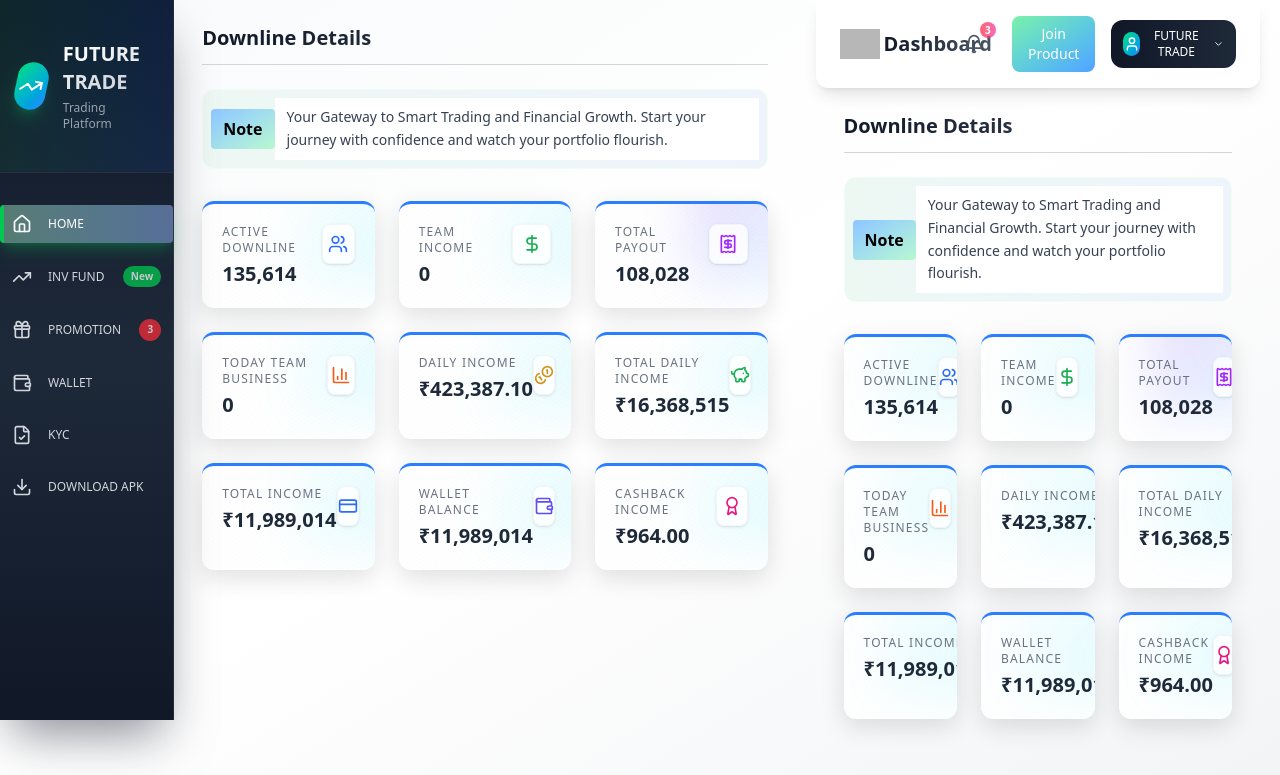
Repository: GauraVPandeyyy/Trade
Page: /
These files come from the project's save history. The page is drawn as it stood at one moment and after the next save; the edit follows.
The browser window is 1280 px wide. The pictures show the whole page.
Pictures or frames that could not be fetched are drawn as grey boxes. The project was rebuilt for these pictures with package versions that can differ from the ones it lists, and the page was loaded fresh each time. Some packages were replaced by stand-ins written for this rebuild. Also part of the build but not shown: vite.config.js, src/pages/InvFund.jsx, src/pages/Promotion.jsx, src/pages/Wallet.jsx, src/pages/Kyc.jsx, src/pages/DownloadApk.jsx.

Above is the page before, as saved 2025-08-02 15:57:13.

### src/main.jsx
import { StrictMode } from 'react'
import { createRoot } from 'react-dom/client'
import './index.css'
import App from './App.jsx'
import { BrowserRouter, RouterProvider } from 'react-router-dom'
import router from './routes.jsx/router.jsx'

createRoot(document.getElementById('root')).render(
  <StrictMode>
    <RouterProvider router={router} />
  </StrictMode>,
)

### src/App.jsx
import React from 'react'
import Sidebar from './components/Sidebar'
import { Outlet } from 'react-router-dom'
import Dashboard from './pages/Dashboard'
function App() {
  return (
    // <div className='text-center bg-gray-950 relative text-white min-h-screen w-screen'>
    //   <div className='absolute top-0 left-0 bottom-0 w-[300px] h-screen'>
    //     <Sidebar />
    //   </div>
    //   <Outlet />
    //   <h1>hello from h1</h1>
    // </div>
    <Dashboard />
  )
}

export default App

### src/routes.jsx/router.jsx
import App from "../App";
import Homee from "../pages/Homee";
import InvFund from "../pages/InvFund";
import Promotion from "../pages/Promotion";
import Wallet from "../pages/Wallet";
import Kyc from "../pages/Kyc";
import DownloadApk from "../pages/DownloadApk";
import { createBrowserRouter } from "react-router-dom";

const router = createBrowserRouter([
  {
    path: "/",
    element: <App />,
    children: [
      {
        index: true,
        element: <Homee />
      },
      {
        path: "inv-fund",
        element: <InvFund />
      },
      {
        path: "promotion",
        element: <Promotion />
      },
      {
        path: "wallet",
        element: <Wallet />
      },
      {
        path: "kyc",
        element: <Kyc />
      },
      {
        path: "download",
        element: <DownloadApk />
      },
    ],
  },
]);

export default router;

### src/components/Sidebar.jsx
import { useState } from 'react';
import {
  Home,
  TrendingUp,
  Gift,
  Wallet,
  FileCheck,
  Download,
  X,
  User
} from 'lucide-react';
import { NavLink, useLocation } from 'react-router-dom';

const Sidebar = ({ isOpen, onClose, isMobile }) => {
  const location = useLocation();
  const [hoveredItem, setHoveredItem] = useState(null);

  const menuItems = [
    { name: 'HOME', icon: Home, path: '/', badge: null },
    { name: 'INV FUND', icon: TrendingUp, path: '/inv-fund', badge: 'New' },
    { name: 'PROMOTION', icon: Gift, path: '/promotion', badge: '3' },
    { name: 'WALLET', icon: Wallet, path: '/wallet', badge: null },
    { name: 'KYC', icon: FileCheck, path: '/kyc', badge: null },
    { name: 'DOWNLOAD APK', icon: Download, path: '/download', badge: null },
  ];

  return (
    <>
      {/* Mobile Overlay with blur effect */}
      {isOpen && isMobile && (
        <div
          className="fixed inset-0 bg-black/20 backdrop-blur-sm z-40 transition-all duration-300"
          onClick={onClose}
        />
      )}

      {/* Sidebar */}
      <div className={`
        ${isMobile ? 'fixed' : 'sticky'} left-0 top-0 h-screen w-60 bg-gradient-to-b from-gray-900 via-gray-800 to-gray-900
        text-white z-50 transform transition-all duration-500 ease-out
        ${isOpen && isMobile ? 'translate-x-0' : isMobile ? '-translate-x-full' : 'translate-x-0'}
        ${!isMobile ? 'shadow-2xl shadow-gray-900/50' : ''}
        backdrop-blur-xl border-r border-gray-700/50
      `}>
        {/* Logo Section */}
        <div className="py-10 px-4 border-b border-gray-700/50 relative overflow-hidden">
          <div className="absolute inset-0 bg-gradient-to-r from-green-600/10 to-blue-600/10"></div>
          <div className="relative flex items-center space-x-4">
            <div className="w-12 h-12 bg-gradient-to-br from-green-400 to-blue-500 rounded-2xl flex items-center justify-center shadow-lg shadow-green-500/25 rotate-12 hover:rotate-0 transition-transform duration-500">
              <TrendingUp className="text-white" size={24} />
            </div>
            <div>
              <span className="text-xl font-bold bg-gradient-to-r from-white to-gray-300 bg-clip-text text-transparent">
                FUTURE TRADE
              </span>
              <p className="text-xs text-gray-400 mt-1">Trading Platform</p>
            </div>
          </div>
        </div>

        {/* Mobile Close Button */}
        {isMobile && (
          <button
            onClick={onClose}
            className="absolute top-6 right-6 p-4 text-gray-400 hover:text-white hover:bg-gray-800 rounded-xl transition-all duration-300 z-10"
          >
            <X size={20} />
          </button>
        )}

        {/* Menu Items */}
        <nav className="mt-8 px-0 space-y-3.5">
          {menuItems.map((item, index) => (
            <div
              key={item.name}
              className="relative"
              onMouseEnter={() => setHoveredItem(item.name)}
              onMouseLeave={() => setHoveredItem(null)}
            >
              <NavLink
                to={item.path}
                onClick={onClose}
                className={({ isActive }) => `
                  w-full text-xs flex items-center justify-between px-3 py-[9px] rounded text-left transition-all duration-300
                  transform hover:translate-x-0 hover:scale-100 group relative overflow-hidden
                  ${isActive
                    ? 'bg-gradient-to-r from-[#6B7280] to-[#6B7280] text-white shadow-lg shadow-green-500/25'
                    : 'text-gray-300 hover:bg-gray-800/50 hover:text-white'
                  }
                `}
                style={{ transitionDelay: `${index * 50}ms` }}
              >
                {/* Background animation */}
                {({ isActive }) => (
                  <>
                    <div className={`
                      absolute inset-0 bg-gradient-to-r from-green-600/20 to-blue-600/20 border-l-4 border-l-green-500 rounded
                      transform scale-x-0 group-hover:scale-x-100 transition-transform duration-500 origin-left
                      ${isActive ? 'scale-x-100' : ''}
                    `}></div>

                    <div className="relative flex items-center space-x-4 z-10">
                      <item.icon
                        size={20}
                        className={`transition-all duration-300 ${hoveredItem === item.name ? 'scale-110 rotate-x-12' : ''}`}
                      />
                      <span className="font-medium">{item.name}</span>
                    </div>

                    {item.badge && (
                      <span className={`
                        relative z-10 px-2 py-1 text-[10px] font-bold rounded-full
                        ${item.badge === 'New'
                          ? 'bg-green-500 text-white'
                          : 'bg-red-500 text-white'
                        }
                        animate-pulse
                      `}>
                        {item.badge}
                      </span>
                    )}
                  </>
                )}
              </NavLink>
            </div>
          ))}
        </nav>
      </div>
    </>
  );
};

export default Sidebar;

### src/pages/Dashboard.jsx
import React, { useState, useEffect } from 'react';
import {
  Home,
  TrendingUp,
  Gift,
  Wallet,
  FileCheck,
  Download,
  Menu,
  X,
  Bell,
  ChevronDown,
  Users,
  DollarSign,
  CreditCard,
  BarChart3,
  PiggyBank,
  Coins,
  Receipt,
  Award,
  Search,
  Settings,
  LogOut,
  User
} from 'lucide-react';
import Sidebar from '../components/Sidebar';
import Header from '../components/Header';
import Homee from './Homee';
import { Outlet } from 'react-router-dom';
// Enhanced hook for sidebar with responsive behavior
const useSidebarToggle = () => {
  const [isOpen, setIsOpen] = useState(false);
  const [isMobile, setIsMobile] = useState(false);

  useEffect(() => {
    const checkScreenSize = () => {
      setIsMobile(window.innerWidth < 768);
      if (window.innerWidth >= 768) {
        setIsOpen(false); // Reset mobile state when going to desktop
      }
    };

    checkScreenSize();
    window.addEventListener('resize', checkScreenSize);
    return () => window.removeEventListener('resize', checkScreenSize);
  }, []);

  const toggle = () => setIsOpen(!isOpen);
  const close = () => setIsOpen(false);

  return { isOpen, toggle, close, isMobile };
};



// Main Dashboard Component
const Dashboard = () => {
  const { isOpen, toggle, close, isMobile } = useSidebarToggle();

  const dashboardData = [
    { icon: Users, label: "Active Downline", value: "135,614", color: "text-blue-600", trend: 12.5 },
    { icon: DollarSign, label: "Team Income", value: "0", color: "text-green-600", trend: 0 },
    { icon: Receipt, label: "Total Payout", value: "108,028", color: "text-purple-600", trend: -2.1 },
    { icon: BarChart3, label: "Today Team Business", value: "0", color: "text-orange-600", trend: 0 },
    { icon: Coins, label: "Daily Income", value: "₹423,387.10", color: "text-yellow-600", trend: 8.3 },
    { icon: PiggyBank, label: "Total Daily Income", value: "₹16,368,515", color: "text-green-600", trend: 15.7 },
    { icon: CreditCard, label: "Total Income", value: "₹11,989,014", color: "text-blue-600", trend: 22.4 },
    { icon: Wallet, label: "Wallet Balance", value: "₹11,989,014", color: "text-indigo-600", trend: 5.2 },
    { icon: Award, label: "Cashback Income", value: "₹964.00", color: "text-pink-600", trend: 3.1 },
  ];

  return (
    <div className="flex min-h-screen bg-gradient-to-br from-gray-50 via-white to-gray-100">
      {/* Sidebar */}
      <Sidebar isOpen={isOpen} onClose={close} isMobile={isMobile} />

      <main>
        <Outlet /> {/* This renders the matched route */}
      </main>

      {/* Main Content */}
      <div className={`flex-1 flex flex-col transition-all duration-300 px-5 ${!isMobile ? 'ml-0' : ''}`}>
        {/* Header */}
        <Header onMenuClick={toggle} isMobile={isMobile} />

        {/* Main Content Area */}
        <Homee />
      </div>


    </div>
  );
};

export default Dashboard;

### src/pages/Homee.jsx
import { useState , useEffect } from 'react'
import DashboardCard from '../components/DashboardCard'
import {


  Wallet,


  Users,
  DollarSign,
  CreditCard,
  BarChart3,
  PiggyBank,
  Coins,
  Receipt,
  Award,

} from 'lucide-react';


function Homee() {

  const dashboardData = [
    { icon: Users, label: "Active Downline", value: "135,614", color: "text-blue-600", trend: 12.5 },
    { icon: DollarSign, label: "Team Income", value: "0", color: "text-green-600", trend: 0 },
    { icon: Receipt, label: "Total Payout", value: "108,028", color: "text-purple-600", trend: -2.1 },
    { icon: BarChart3, label: "Today Team Business", value: "0", color: "text-orange-600", trend: 0 },
    { icon: Coins, label: "Daily Income", value: "₹423,387.10", color: "text-yellow-600", trend: 8.3 },
    { icon: PiggyBank, label: "Total Daily Income", value: "₹16,368,515", color: "text-green-600", trend: 15.7 },
    { icon: CreditCard, label: "Total Income", value: "₹11,989,014", color: "text-blue-600", trend: 22.4 },
    { icon: Wallet, label: "Wallet Balance", value: "₹11,989,014", color: "text-indigo-600", trend: 5.2 },
    { icon: Award, label: "Cashback Income", value: "₹964.00", color: "text-pink-600", trend: 3.1 },
  ];

const [statsVisible, setStatsVisible] = useState(false);

  useEffect(() => {
    const timer = setTimeout(() => setStatsVisible(true), 300);
    return () => clearTimeout(timer);
  }, []);

  return (
    <main className="flex-1 py-6 px-7 space-y-8">
      {/* Page Header */}
      <div className={`transform transition-all duration-500 ${statsVisible ? 'translate-y-0 opacity-100' : 'translate-y-4 opacity-0'}`}>
        <div className="mb-6">

          <h2 className="text-xl font-semibold bg-gradient-to-r from-gray-900 to-gray-600 bg-clip-text text-transparent mb-3">
            Downline Details
          </h2>
          <hr className='w-[100%] text-gray-300' />
          {/* <p className="text-gray-600 text-sm">Monitor your network growth and earnings</p> */}

        </div>

        {/* Enhanced Note Section */}
        <div className="relative bg-gradient-to-r from-gray-50 to-gray-50 border border-green-50 rounded-xl p-2 mb-6 overflow-hidden">
          <div className="absolute inset-0 bg-gradient-to-r from-green-500/5 to-blue-500/5"></div>
          <div className="relative flex items-center space-x-0">
            {/* <div className="w-10 h-10 bg-gradient-to-br from-green-500 to-blue-500 rounded-2xl flex items-center justify-center text-white shadow-lg">
                  <Gift size={20} />
                </div> */}

            <h5 className='font-bold bg-gradient-to-br from-blue-300 to-green-200 px-3 py-2 rounded'>
              Note
            </h5>

            <div className="flex-1">
              {/* <h3 className="text-md font-semibold text-gray-900 ">Welcome to Future Trade</h3> */}
              <p className="text-gray-700 leading-relaxed text-[14px] bg-white py-2 px-3">
                Your Gateway to Smart Trading and Financial Growth. Start your journey with confidence and watch your portfolio flourish.
              </p>
            </div>
          </div>
        </div>
      </div>

      {/* Dashboard Cards Grid */}
      <div className="grid grid-cols-1 md:grid-cols-2 lg:grid-cols-3 gap-6">
        {dashboardData.map((card, index) => (
          <DashboardCard
            key={index}
            icon={card.icon}
            label={card.label}
            value={card.value}
            colorClass={card.color}
            trend={card.trend}
            delay={100}
          />
        ))}
      </div>

      <style jsx>{`
        @keyframes fadeInScale {
          from {
            opacity: 0;
            transform: scale(0.95) translateY(-10px);
          }
          to {
            opacity: 1;
            transform: scale(1) translateY(0);
          }
        }

        .animate-fadeInScale {
          animation: fadeInScale 0.2s ease-out;
        }
      `}</style>
    </main>
  )
}

export default Homee;

### src/components/DashboardCard.jsx
import { useState, useEffect } from 'react';


const DashboardCard = ({ icon: Icon, label, value, colorClass = "text-blue-600", trend, delay = 0 }) => {
  const [isVisible, setIsVisible] = useState(false);

  useEffect(() => {
    const timer = setTimeout(() => setIsVisible(true), delay);
    return () => clearTimeout(timer);
  }, [delay]);

  return (
    // <div
    //   className={`
    //     group relative bg-white rounded-2xl px-3 py-3 shadow-sm bg-gradient-to-br from-indigo-00 via-cyan-300 to-emerald-200  border border-gray-200
    //     hover:shadow-xl hover:shadow-gray-200/50 transition-all duration-300 cursor-pointer
    //     hover:-translate-y-2 hover:border-gray-200
    //     transform ${isVisible ? 'translate-y-0 opacity-100' : 'translate-y-8 opacity-0'}
    //     before:absolute before:inset-0 before:rounded-xl before:bg-gradient-to-r
    //     before:from-transparent before:via-transparent before:to-gray-50/50
    //     before:opacity-0 hover:before:opacity-100 before:transition-opacity before:duration-300
    //   `}
    //   style={{ transitionDelay: `${delay}ms` }}
    // >
    //   {/* Gradient overlay on hover */}
    //   <div className="absolute inset-0 rounded-xl bg-gradient-to-br from-white to-gray-50/30 opacity-0 group-hover:opacity-100 transition-opacity duration-300"></div>

    //   <div className="relative z-10 flex items-start justify-between">
    //     <div className="flex-1">
    //       <p className="text-xs font-medium text-gray-500 mb-2 tracking-wide uppercase">{label}</p>
    //       <div className="flex items-baseline space-x-2">
    //         <p className="text-lg font-bold text-gray-900 tracking-tight">{value}</p>
    //         {trend && (
    //           <span className={`text-xs font-medium ${trend >= 0 ? 'text-green-600' : 'text-red-600'}`}>
    //             {trend > 0 ? '+' : ''}{trend}%
    //           </span>
    //         )}
    //       </div>
    //     </div>
    //     <div className={`
    //       p-3 rounded-2xl transition-all duration-500 group-hover:scale-110 group-hover:rotate-6
    //       bg-gradient-to-br from-gray-50 to-gray-100 group-hover:from-white group-hover:to-gray-50
    //       ${colorClass} group-hover:shadow-lg
    //     `}>
    //       <Icon size={28} className="transition-transform duration-500 group-hover:scale-110" />
    //     </div>
    //   </div>

    //   {/* Animated bottom border */}
    //   <div className={`absolute bottom-0 left-0 h-1 bg-gradient-to-r ${colorClass.replace('text-', 'from-')} to-transparent rounded-b-2xl transition-all duration-500 w-0 group-hover:w-full`}></div>
    // </div>

    <div
      className={`
    relative h-auto border-t-3 rounded-xl p-5 overflow-hidden
    bg-white  border-t-blue-500
    shadow-[0_8px_24px_rgba(0,0,0,0.12)] hover:shadow-[0_12px_16px_rgba(0,0,0,0.18)]
    transition-all duration-300 ease-out
    transform ${isVisible ? 'translate-y-0 opacity-100' : 'translate-y-8 opacity-0'}
    hover:-translate-y-2 cursor-pointer
    group
  `}
      style={{ transitionDelay: `${delay}ms` }}
    >
      {/* Premium SVG background */}
      <div className="absolute inset-0 opacity-10 group-hover:opacity-20 transition-opacity duration-700">
        <svg width="100%" height="100%" viewBox="0 0 256 256" preserveAspectRatio="none">
          <defs>
            <pattern id="diagonalHatch" patternUnits="userSpaceOnUse" width="10" height="10">
              <path d="M-1,1 l2,-2 M0,10 l10,-10 M9,11 l2,-2" stroke="#888" strokeWidth="0.5" />
            </pattern>
          </defs>
          <rect width="100%" height="100%" fill="url(#diagonalHatch)" />
        </svg>
      </div>

      {/* Floating gradient accent */}
      <div className={`
    absolute -top-20 -right-20 w-40 h-40 rounded-xl blur-xl opacity-20
    bg-gradient-to-br ${colorClass.replace('text-', 'from-')} to-cyan-300
    transition-all duration-1000 group-hover:opacity-30 group-hover:-top-16
  `}></div>

      <div className="relative z-10 h-full flex flex-col">
        <div className="flex justify-between items-start">
          <div>
            <p className="text-xs font-medium text-gray-500 mb-1 tracking-widest uppercase">{label}</p>
            <p className="text-xl font-semibold text-gray-800">{value}</p>
          </div>

          {/* Icon placed in top-right corner with better styling */}
          <div className={`
        w-10 h-10 rounded-lg flex items-center justify-center
        bg-white/80 backdrop-blur-sm shadow-sm
        border border-gray-100
        transition-all duration-500 group-hover:scale-110 group-hover:rotate-12
        ${colorClass}
      `}>
            <Icon size={20} className="opacity-90" />
          </div>
        </div>

        {/* {trend !== null && trend !== undefined && (
          <div className={`mt-auto w-fit inline-flex items-center px-3 py-1.5 rounded-full text-xs font-medium
    ${trend > 0 ? 'bg-green-50 text-green-700' : 'bg-red-50 text-red-700'}`}>
            {trend > 0 ? (
              <svg className="w-3 h-3 mr-1.5" fill="currentColor" viewBox="0 0 20 20">
                <path fillRule="evenodd" d="M14.707 12.707a1 1 0 01-1.414 0L10 9.414l-3.293 3.293a1 1 0 01-1.414-1.414l4-4a1 1 0 011.414 0l4 4a1 1 0 010 1.414z" clipRule="evenodd" />
              </svg>
            ) : (
              <svg className="w-3 h-3 mr-1.5" fill="currentColor" viewBox="0 0 20 20">
                <path fillRule="evenodd" d="M5.293 7.293a1 1 0 011.414 0L10 10.586l3.293-3.293a1 1 0 111.414 1.414l-4 4a1 1 0 01-1.414 0l-4-4a1 1 0 010-1.414z" clipRule="evenodd" />
              </svg>
            )}
            {Math.abs(trend)}%
          </div>
        )} */}

      </div>

      {/* Interactive border animation */}
      <div className={`
    absolute inset-0 rounded-2xl pointer-events-none
    border-2 border-transparent group-hover:border-white/30
    transition-all duration-700
  `}></div>
    </div>
  );
};

export default DashboardCard;

Loaded but not shown: index.html (common file); src/index.css (common file); src/components/Header.jsx (117 lines, source omitted)

After the next save:
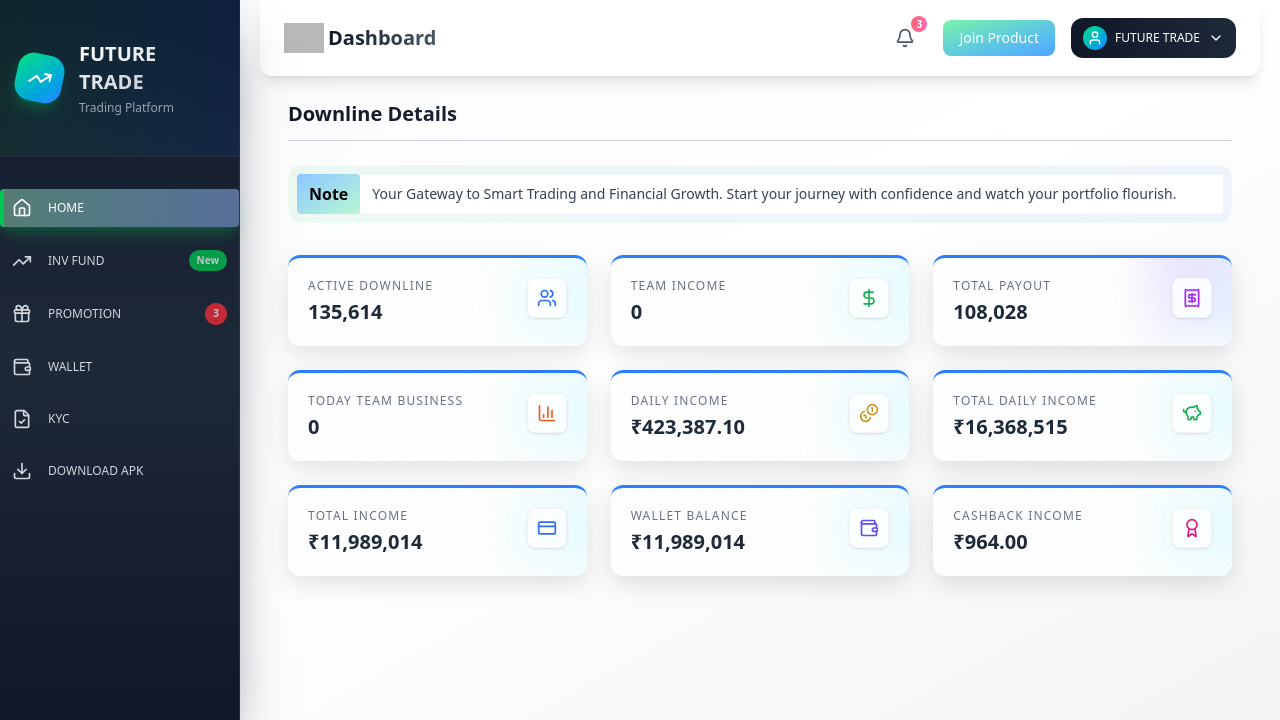
Saved 35 s later.
--- a/src/pages/Dashboard.jsx
+++ b/src/pages/Dashboard.jsx
@@ -74,9 +74,7 @@
       {/* Sidebar */}
       <Sidebar isOpen={isOpen} onClose={close} isMobile={isMobile} />
 
-      <main>
-        <Outlet /> {/* This renders the matched route */}
-      </main>
+
 
       {/* Main Content */}
       <div className={`flex-1 flex flex-col transition-all duration-300 px-5 ${!isMobile ? 'ml-0' : ''}`}>
